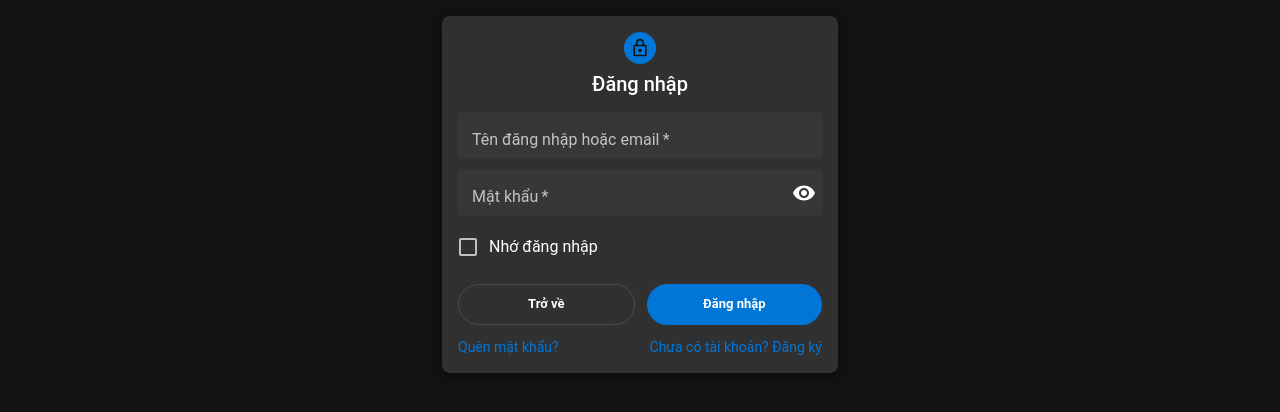
Repository: thtrunghau/ecommerce-ui-dacntt
Page: /auth/login
These files come from the project's save history. The page is drawn as it stood at one moment and after the next save; the edit follows.
The browser window is 1280 px wide. The pictures show the whole page.
The project was rebuilt for these pictures with package versions that can differ from the ones it lists, and the page was loaded fresh each time. Also part of the build but not shown: vite.config.ts, src/mockData/mockData.ts, src/utils/helpers.ts, src/components/shared/NavDropdown.tsx, src/components/shared/UserMenu.tsx, src/components/shared/Header.tsx, src/components/common/RoundedButton.tsx, src/components/features/home/HeroSection.tsx and 7 more.

Above is the page before, as saved 2025-06-13 00:31:36.

After the next save:
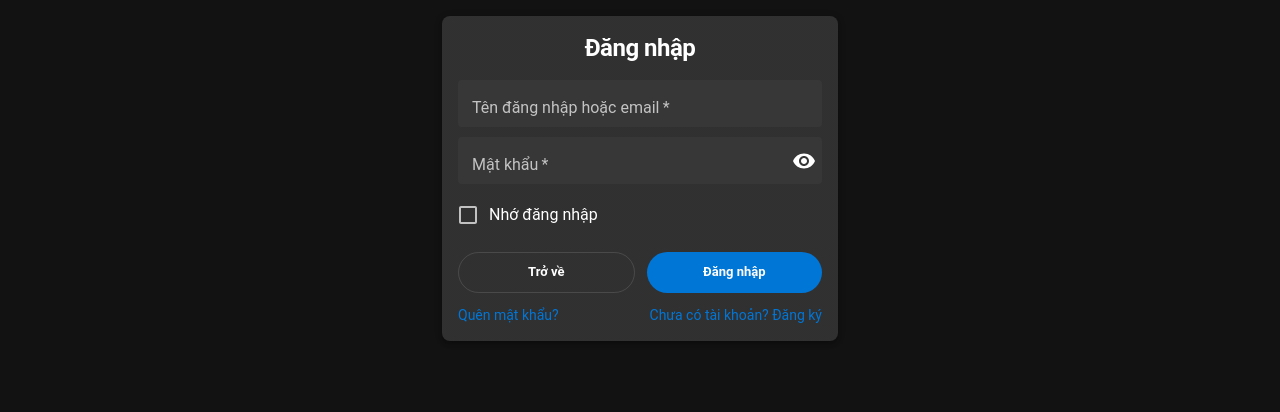
Saved 28 s later.
--- a/src/pages/auth/LoginStandalone.tsx
+++ b/src/pages/auth/LoginStandalone.tsx
@@ -178,11 +178,14 @@ const LoginStandalone: React.FC = () => {
             bgcolor: "background.paper",
             borderRadius: 2,
           }}
-        >
-          <Avatar sx={{ mb: 0.5, bgcolor: "primary.main", width: 32, height: 32 }}>
-            <LockOutlined sx={{ fontSize: 20 }} />
-          </Avatar>
-          <Typography component="h1" variant="h6" sx={{ mb: 1.5 }}>
+        >          <Typography
+            component="h1"
+            variant="h5"
+            sx={{
+              mb: 2,
+              fontWeight: 600,
+              letterSpacing: '-0.5px'
+            }}>
             Đăng nhập
           </Typography>
           {formError && (
